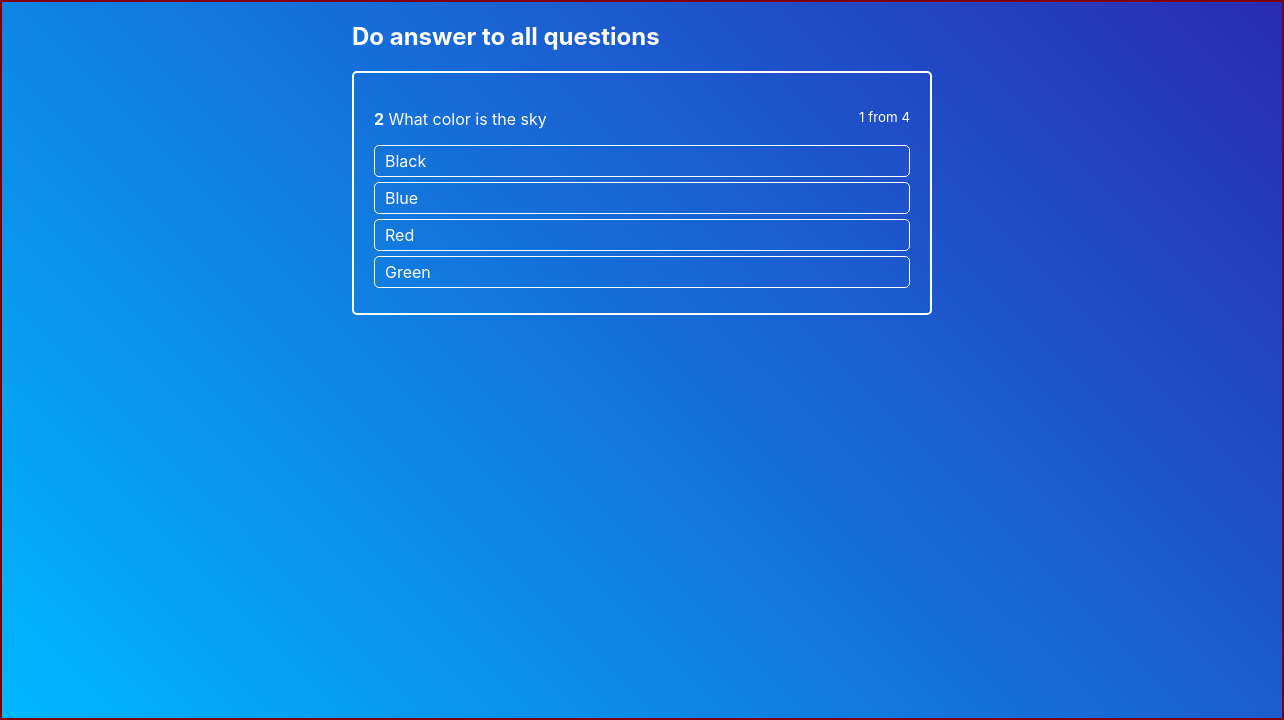
Repository: GregorPiev/react-quizes
Page: /
The author's editor kept a copy of each file at every save. The page is drawn from the files as they stood at one save, then again after the next save.
The browser window is 1280 px wide. The page is 1284 px wide, so the pictures cover 1284 px, including what lies to the right of the window. The pictures show the whole page.
The project was rebuilt for these pictures with package versions that can differ from the ones it lists, and the page was loaded fresh each time. Also part of the build but not shown: src/components/FinishQuiz/FinishQuiz.module.css.

Above is the page before, as saved 2020-06-29 12:56:15.

After the next save:
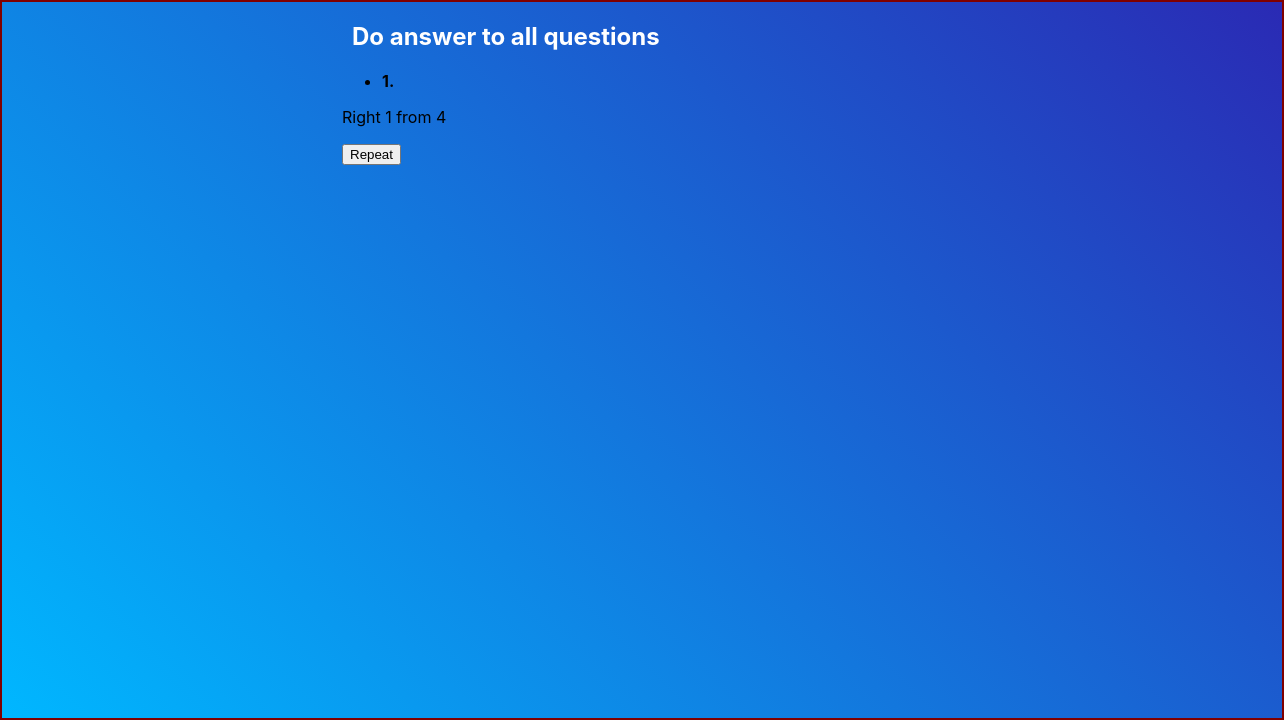
Saved 8 s later.
--- a/src/container/Quiz/Quiz.js
+++ b/src/container/Quiz/Quiz.js
@@ -5,7 +5,7 @@ import FinishQuiz from '../../components/FinishQuiz/FinishQuiz';
 
 export default class Quiz extends React.Component {
     state = {
-        isFinished: false,
+        isFinished: true,
         activeQuestion: 0,
         answerState: null,
         qiuz: [
